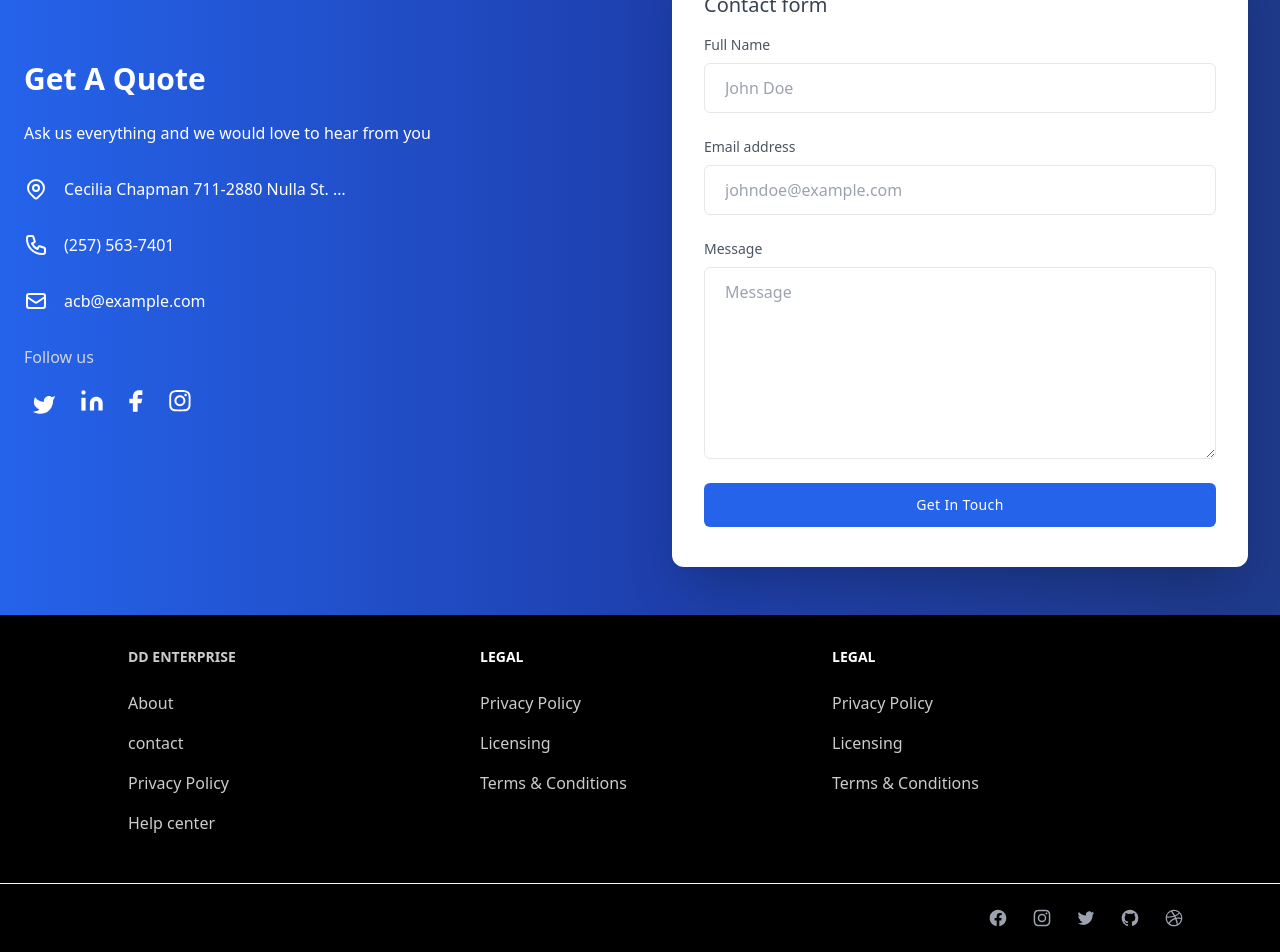
Repository: SehajBindra/web-app
Page: /
These files come from the project's save history. The page is drawn as it stood at one moment and after the next save; the edit follows.
The browser window is 1280 px wide. The pictures show the part of the page from y = 4772 to 5724 px (the page is 5724 px tall).
The project was rebuilt for these pictures with package versions that can differ from the ones it lists, and the page was loaded fresh each time. The framework's server and built-in components were replaced by stand-ins that run in the browser. Also part of the build but not shown: next.config.js.

Above is the page before, as saved 2023-04-07 20:12:43.

After the next save:
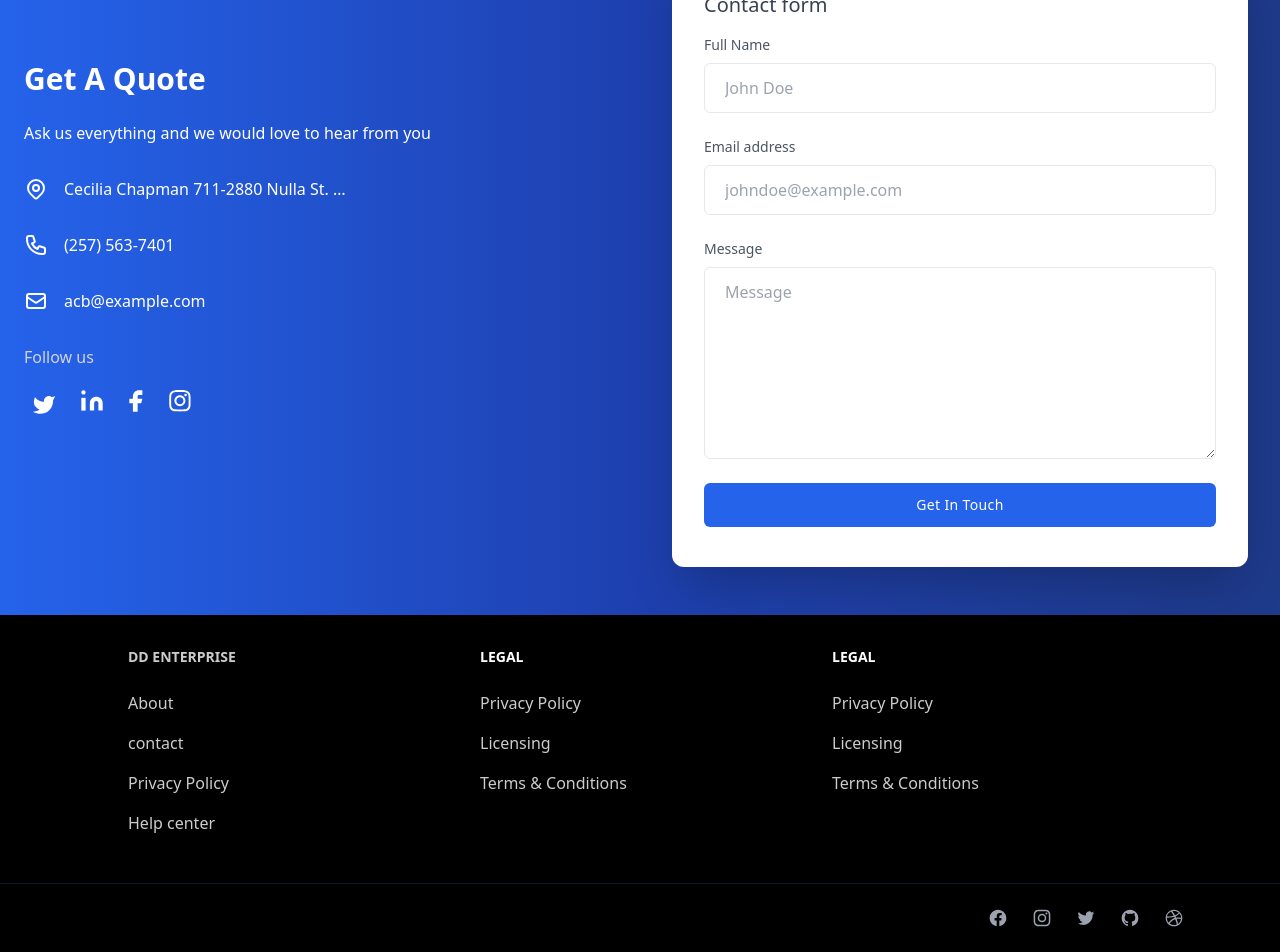
Saved 13 s later.
--- a/components/Footer.tsx
+++ b/components/Footer.tsx
@@ -79,7 +79,7 @@ function Footer() {
             </ul>
           </div>
         </div>
-        <div className=" flex flex-col py-6  border-gray-100 border-t   md:flex md:flex-row px-24 md:items-center md:justify-between justify-center">
+        <div className=" flex flex-col py-6  border-gray-900 border-t   md:flex md:flex-row px-24 md:items-center md:justify-between justify-center">
           <span className="text-sm    tracking-wide text-center text-black/80 sm:text-center">
             © DD Enterprise™ 2023 | All rights reserved.
           </span>
